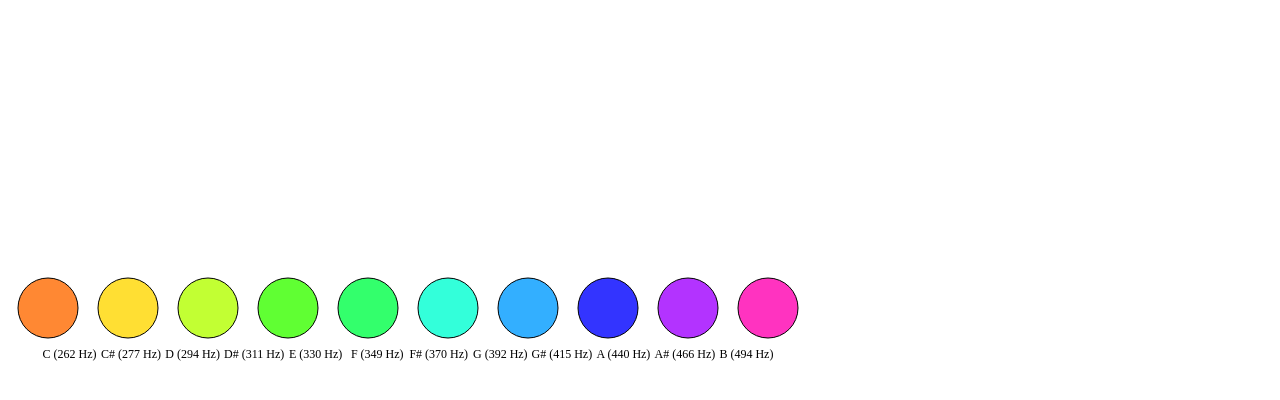
Repository: studiorichie/richielau.com
Page: assets/sound-to-color.html
An editor plug-in stored every save of this project. The page is shown before and after the next save, followed by the edit.
The browser window is 1280 px wide. The pictures show the whole page.

Above is the page before, as saved 2024-11-06 18:24:45.

### assets/sound-to-color.html
<!DOCTYPE html>
<html lang="en">

<head>
    <meta charset="UTF-8">
    <title>Sound-to-Color Mapping with MIDI</title>
    <script src="https://d3js.org/d3.v6.min.js"></script>
    <style>
        .key-circle {
            fill-opacity: 0.8;
            stroke: black;
            stroke-width: 1px;
            cursor: pointer;
        }

        .label {
            font-size: 12px;
            text-anchor: middle;
        }

        .midi-label {
            font-size: 14px;
            font-weight: bold;
            text-anchor: middle;
            fill: black;
            visibility: hidden;
        }
    </style>
</head>

<body>
    <svg width="800" height="600" id="chart"></svg>

    <script>
        const keys = [
            { note: "C", freq: 261.63, midi: 60 },
            { note: "C#", freq: 277.18, midi: 61 },
            { note: "D", freq: 293.66, midi: 62 },
            { note: "D#", freq: 311.13, midi: 63 },
            { note: "E", freq: 329.63, midi: 64 },
            { note: "F", freq: 349.23, midi: 65 },
            { note: "F#", freq: 369.99, midi: 66 },
            { note: "G", freq: 392.00, midi: 67 },
            { note: "G#", freq: 415.30, midi: 68 },
            { note: "A", freq: 440.00, midi: 69 },
            { note: "A#", freq: 466.16, midi: 70 },
            { note: "B", freq: 493.88, midi: 71 }
        ];


        function getColor(freq) {
            let hue = ((freq - 261) / (493 - 261)) * 360;
            return `hsl(${hue}, 100%, 50%)`;
        }

        const svg = d3.select("#chart");
const width = svg.attr("width");
const height = svg.attr("height");

const circleRadius = 30; // Radius of each circle
const padding = 20; // Space between circles

// Calculate the total width for the row of circles (all circles + spaces between them)
const totalRowWidth = (keys.length * circleRadius * 2) + (keys.length - 1) * padding;

// Calculate the starting x-position to center the row
const startX = (width - totalRowWidth) / 2 + circleRadius;

// Render each circle with a calculated position to center the row
svg.selectAll("circle")
    .data(keys)
    .enter()
    .append("circle")
    .attr("class", "key-circle")
    .attr("cx", (d, i) => startX + i * (circleRadius * 2 + padding))
    .attr("cy", height / 2) // Center vertically
    .attr("r", circleRadius)
    .attr("fill", d => getColor(d.freq))
    .on("click", function (event, d) {
        showMidiLabel(d);
        playMidiTone(d.midi);
    });



        svg.selectAll(".label")
            .data(keys)
            .enter()
            .append("text")
            .attr("class", "label")
            .attr("x", (d, i) => (i + 1) * (width / (keys.length + 1)))
            .attr("y", height / 2 + 50)
            .text(d => `${d.note} (${Math.round(d.freq)} Hz)`)
            .attr("fill", "black");


        const midiLabel = svg.append("text")
            .attr("class", "midi-label")
            .attr("x", width / 2)
            .attr("y", height - 50);

        function showMidiLabel(data) {
            midiLabel.text(`MIDI: ${data.midi} - ${data.note}`)
                .attr("x", (keys.indexOf(data) + 1) * (width / (keys.length + 1)))
                .attr("y", height / 2 - 50)
                .attr("visibility", "visible");

            // Hide label after a short delay
            setTimeout(() => {
                midiLabel.attr("visibility", "hidden");
            }, 2000);
        }


        function playMidiTone(midi) {
            const context = new (window.AudioContext || window.webkitAudioContext)();
            const oscillator = context.createOscillator();
            const gainNode = context.createGain();
            oscillator.type = 'sine'; // Sine wave for a pure tone
            oscillator.frequency.setValueAtTime(440 * Math.pow(2, (midi - 69) / 12), context.currentTime); // MIDI to Hz
            gainNode.gain.setValueAtTime(0.1, context.currentTime); // Lower gain for a soft sound
            oscillator.connect(gainNode).connect(context.destination);
            oscillator.start();
            oscillator.stop(context.currentTime + 0.5); // Play sound for 0.5 seconds
        }
    </script>
</body>

</html>

After the next save:
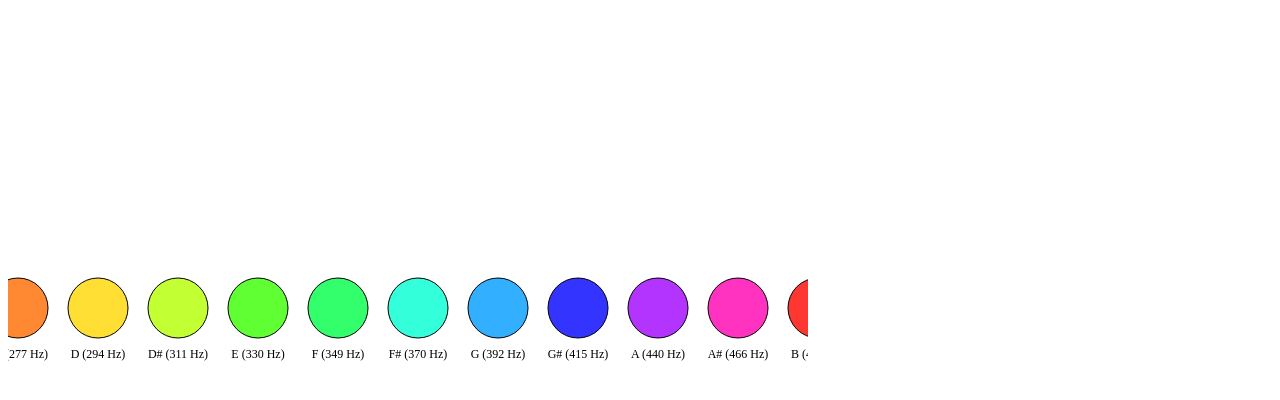
Saved 101 s later.
--- a/assets/sound-to-color.html
+++ b/assets/sound-to-color.html
@@ -52,44 +52,43 @@
             let hue = ((freq - 261) / (493 - 261)) * 360;
             return `hsl(${hue}, 100%, 50%)`;
         }
+        const svg = d3.select("#chart");
+        const width = svg.attr("width");
+        const height = svg.attr("height");
 
-        const svg = d3.select("#chart");
-const width = svg.attr("width");
-const height = svg.attr("height");
+        const circleRadius = 30; // Radius of each circle
+        const padding = 20; // Space between circles
 
-const circleRadius = 30; // Radius of each circle
-const padding = 20; // Space between circles
+        // Calculate the total width for the row of circles (all circles + spaces between them)
+        const totalRowWidth = (keys.length * circleRadius * 2) + (keys.length - 1) * padding;
 
-// Calculate the total width for the row of circles (all circles + spaces between them)
-const totalRowWidth = (keys.length * circleRadius * 2) + (keys.length - 1) * padding;
+        // Create a group element to hold all circles and center it
+        const group = svg.append("g")
+            .attr("transform", `translate(${(width - totalRowWidth) / 2}, ${height / 2})`);
 
-// Calculate the starting x-position to center the row
-const startX = (width - totalRowWidth) / 2 + circleRadius;
+        // Render each circle within the group
+        group.selectAll("circle")
+            .data(keys)
+            .enter()
+            .append("circle")
+            .attr("class", "key-circle")
+            .attr("cx", (d, i) => i * (circleRadius * 2 + padding))
+            .attr("cy", 0) // Center vertically within the group
+            .attr("r", circleRadius)
+            .attr("fill", d => getColor(d.freq))
+            .on("click", function (event, d) {
+                showMidiLabel(d);
+                playMidiTone(d.midi);
+            });
 
-// Render each circle with a calculated position to center the row
-svg.selectAll("circle")
-    .data(keys)
-    .enter()
-    .append("circle")
-    .attr("class", "key-circle")
-    .attr("cx", (d, i) => startX + i * (circleRadius * 2 + padding))
-    .attr("cy", height / 2) // Center vertically
-    .attr("r", circleRadius)
-    .attr("fill", d => getColor(d.freq))
-    .on("click", function (event, d) {
-        showMidiLabel(d);
-        playMidiTone(d.midi);
-    });
-
-
-
-        svg.selectAll(".label")
+        // Add labels to each circle within the group
+        group.selectAll(".label")
             .data(keys)
             .enter()
             .append("text")
             .attr("class", "label")
-            .attr("x", (d, i) => (i + 1) * (width / (keys.length + 1)))
-            .attr("y", height / 2 + 50)
+            .attr("x", (d, i) => i * (circleRadius * 2 + padding))
+            .attr("y", circleRadius + 20) // Position labels below each circle
             .text(d => `${d.note} (${Math.round(d.freq)} Hz)`)
             .attr("fill", "black");
 
